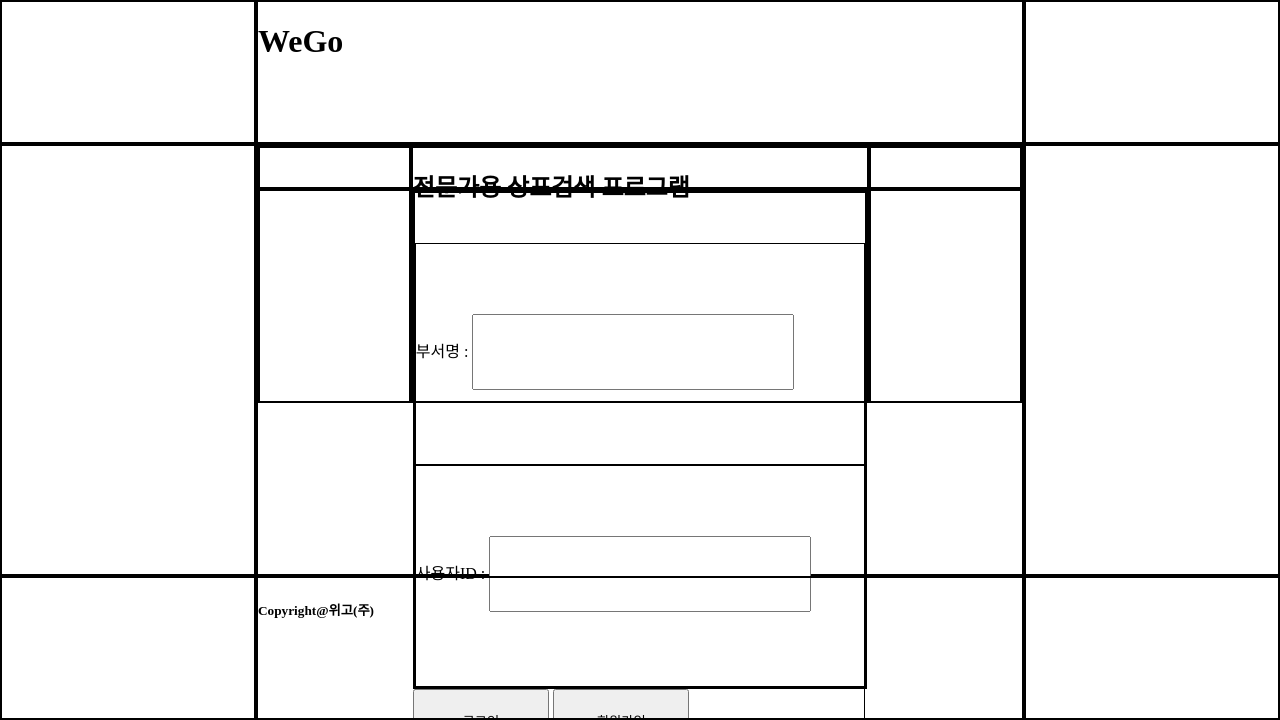
Repository: hamuse/wego1
Page: http://localhost/teamW1/facade.do
These files come from the project's save history. The page is drawn as it stood at one moment and after the next save; the edit follows.
The browser window is 1280 px wide. The pictures show the whole page.
Some web libraries are served in a nearby version. The page is served by Tomcat 9. Other server files are loaded and not shown.

Above is the page before, as saved 2019-10-07 10:46:08.

### teamW1/WebContent/WEB-INF/views/facade/main.jsp
<%@ page language="java" contentType="text/html; charset=UTF-8"
   pageEncoding="UTF-8"%>
<%@ taglib prefix="c" uri="http://java.sun.com/jsp/jstl/core" %>
<jsp:include page="../common/head.jsp"/>
<div class="container">
<div></div><div><h2>전문가용 상표검색 프로그램</h2></div><div></div>
<div></div>

<div class="content">
<c:choose>
    <c:when test="${page eq 'login'}">
    <jsp:include page="login.jsp"/>
    </c:when>
    <c:when test="${page eq 'join'}">
    <jsp:include page="join.jsp"/>
    </c:when>
</c:choose>
</div>
<div></div>
</div>
<jsp:include page="../common/foot.jsp"/>

### teamW1/WebContent/WEB-INF/views/common/head.jsp
<%@ page language="java" contentType="text/html; charset=UTF-8"
    pageEncoding="UTF-8"%>
<!doctype html>
<html lang="en">
<head>
	<meta charset="UTF-8" />
	<title>Document</title>
	<script src='http://ajax.googleapis.com/ajax/libs/jquery/1.11.3/jquery.min.js'></script>
	<script src="${js}/app.js"></script>
	<link rel="stylesheet" type="text/css" href="${css}/style.css"></link>
</head>
<body>
<div class="wrapper" style="width: 100%; height:100%">
<div></div><div><h1>WeGo</h1></div><div></div>
<div></div>

### teamW1/WebContent/WEB-INF/views/facade/login.jsp
<%@ page language="java" contentType="text/html; charset=UTF-8"
   pageEncoding="UTF-8"%>


<form id="login_form">
<div id="login_tab">
    <div id="login_tab_item_1">
    부서명 : <input id="d_Name" class="input_text" type="text" name="dName"/>
    </div>
    <div id="login_tab_item_2">
    사용자ID : <input id="userName" class="input_text" type="text" name="empNo"/>
    </div>
    <div id="login_tab_item_3">
    비밀번호 : <input id="userPw" class="input_text" type="text" name="eName"/>
    </div>
</div>
    <input type="hidden" name="action" value="login" />
    <input type="hidden" name="page" value="mypage" />
    <input id="login_btn" type="button" value="로그인"/>
    <input id="join_btn" type="button" value="회원가입"/>
</form>


<script>
/*$('#login_btn').click(function(){
    alert('쫌!!!!떠라!!!!');
}); */
app.init('${ctx}');
</script>

### teamW1/WebContent/WEB-INF/views/common/foot.jsp
<%@ page language="java" contentType="text/html; charset=UTF-8"
    pageEncoding="UTF-8"%>

<div></div><div></div><div><h5>Copyright@위고(주)</h5></div>
<div></div>

</body>
</html>

### teamW1/src/com/web/team1/controllers/FacadeController.java
package com.web.team1.controllers;

import java.io.IOException;
import javax.servlet.ServletException;
import javax.servlet.annotation.WebServlet;
import javax.servlet.http.HttpServlet;
import javax.servlet.http.HttpServletRequest;
import javax.servlet.http.HttpServletResponse;

import com.web.team1.pool.Constants;

@WebServlet("/facade.do")
public class FacadeController extends HttpServlet {
	private static final long serialVersionUID = 1L;

	enum Resources {
		CTX, CSS, JS, IMG
	}
	protected void service(HttpServletRequest request, HttpServletResponse response) throws ServletException, IOException {
		for(Resources r : Resources.values()) {
			System.out.println("퍼사드>>>>>"+r.toString().toLowerCase());
//			    request.getSession().setAttribute(r.toString().toLowerCase(), request.getContextPath()+"/resources/"+r.toString().toLowerCase());
			    request.getSession().setAttribute(r.toString().toLowerCase(), request.getContextPath()+((r.toString().toLowerCase().equals("ctx"))
			    		?"" : "/resources/"+r.toString().toLowerCase()));
		}
		if(request.getParameter("page")==(null)) {
		request.setAttribute("page","login");
	}else {
		request.setAttribute("page", request.getParameter("page"));
		}
	request.getRequestDispatcher(
				String.format(Constants.DOUBLE_PATH,
						request.getServletPath().substring(1,request.getServletPath().indexOf(".")),
						"main"))
		.forward(request,response);
//		System.out.println("야 퍼사드로 들어오냥?");
//		 request
//		  .getRequestDispatcher(
//				  String.format(Constants.DOUBLE_PATH,request.getServletPath().substring(1,request.getServletPath().indexOf(".")),
//						  "login"))
//		  .forward(request, response);

	}
}

### teamW1/WebContent/resources/js/app.js
var app= (()=>{
    return{
        init : (ctx)=>{
            $('#login_btn').click(()=>{
                alert('로그인!!!!!!');
                location.assign(ctx+'/login.do?action=login&page=mypage');
            });
            $('#join_btn').click(()=>{
                alert('회원가입 이동');
                location.assign(ctx+'/facade.do?action=move&page=join');
            });
            btn.login2(ctx);
            btnjoin.joinbtn(ctx);
        }

    };
})();
var member = (()=>{
    var _dName,_deptNo,_eName,_empNo,_dName,_job,_mgr,_hireDate,_comm;
    var setEmpNo = (empNo)=>{this._empNo = empNo;}
    var setEName = (eName)=>{this._eName = eName;}
    var setDName = (dName)=>{this._dName = dName;}
    var getEmpNo = ()=>{return this._setEmpNo;}
    var getEName = ()=>{return this._setEName;}
    var getDName = ()=>{return this._setDName;}
    return{
        setEmpNo : setEmpNo,setEName : setEName,setDName : setDName,
        getEmpNo : getEmpNo,getEName : getEName,getDName : getDName
    };
})();
var btn= (()=>{
	return{
		 login2 : (ctx)=>{
			   $('#login_btn').click(()=>{
	            	if($('#d_Name').val()===''||$('#empNo').val()===''||
	            			$('#eName').val()===''){
	            		alert('필수값이 없습니다')}
	            		else{
	            			alert('입력한 아이디 값: '+$('#empNo').val());
	            			$('#login_form')
	            			$('#login_form').attr('action', ctx+'/login.do');
	            			$('#login_form').attr('method','POST');
	            			$('#login_form').submit();
	            		}
	            });
		 }
	};
})();

var btnjoin=(()=>{
	return{
		joinbtn : (ctx)=>{
			$('#join_btn1').click(()=>{
				alert('회원가입!!!됐냐?!!!');
				$('#join_form').attr('action',ctx+'/login.do');
				$('#join_form').submit();

			});
		}
	};
})();

### teamW1/WebContent/resources/css/style.css
@charset "UTF-8";
html, body{
	margin: 0;
	height: 100%;
	overflow: hidden;
}
.wrapper{
	display: grid;
	width: 100%
	height: 100%;
	grid-template-columns: 20% 60% 20%;
	grid-template-rows: 20% 60% 20%;
}
.wrapper div{
	border: 2px solid black;
}
.container{
	display: grid;
	width: 100%
	height: 100%;
	grid-template-columns: 20% 60% 20%;
	grid-template-rows: 10% 50% 10%;
}
.container div{
	border : 2px solid black;
}
#login_tab{
	display: grid;
	width: 100%
	height: 80%
	grid-template-columns: 50% 50%;
	grid-template-rows: 50% 50%;
	margin: 0 auto;
	padding-top: 50px;
}
#join_form{width: 100%; height: 100%}
#login_form{width: 100%; height: 100%}
#login_tab div{border : 1px solid black;}
#login_tab_item_1{grid-column: 1/5;}
#login_tab_item_2{grid-column: 1/5;}
#login_tab_item_3{grid-column: 1/5;}
#login_btn{width: 30%; height: 30%}
#join_btn{width: 30%; height: 30%}
.input_text{width: 70%; height: 70px; margin-top: 70px}

After the next save:
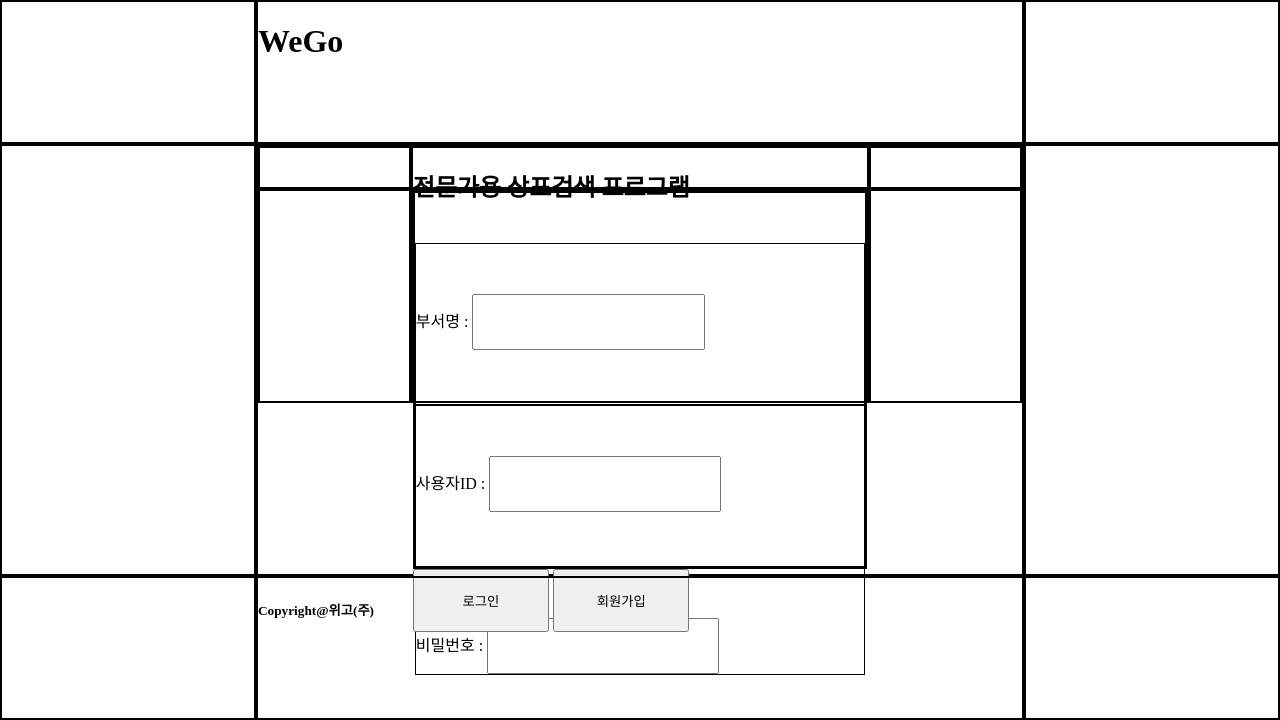
Saved 40 s later.
--- a/teamW1/WebContent/resources/css/style.css
+++ b/teamW1/WebContent/resources/css/style.css
@@ -41,4 +41,4 @@ html, body{
 #login_tab_item_3{grid-column: 1/5;}
 #login_btn{width: 30%; height: 30%}
 #join_btn{width: 30%; height: 30%}
-.input_text{width: 70%; height: 70px; margin-top: 70px}
+.input_text{width: 50%; height: 50px; margin-top: 50px}
